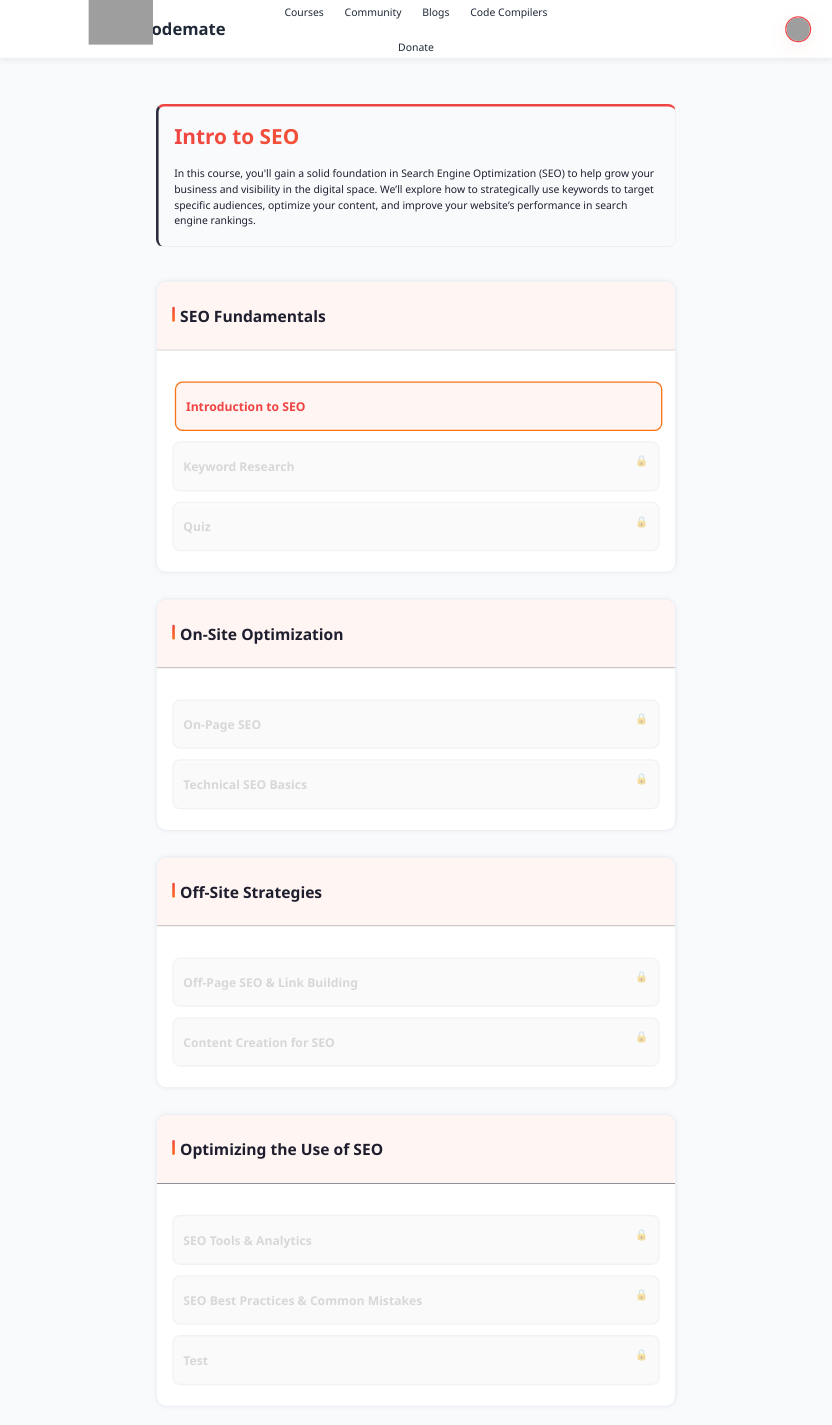
Repository: Duskofnight/code-website
Page: intro-to-seo.html
An editor plug-in stored every save of this project. The page is shown before and after a run of saves, followed by the edit.
The browser window is 1280 px wide. The pictures show the whole page, at 65% of full size.
Pictures or frames that could not be fetched are drawn as grey boxes.

Above is the page before, as saved 2025-08-12 19:07:43.

### intro-to-seo.html
<!DOCTYPE html>
    <head>
        <meta charset="UTF-8">
        <meta lang="en">
        <meta name="viewport" content="width=device-width, initial-scale=1.0">
        <title>Intro to SEO</title>
        <link rel="stylesheet" href="/intro-to-seo.css">
    </head>
    <body>
        <header class="header">

            <div class="landing-page-container-codemate-logo">
            <a href="home-page.html" class="logo-link">
                <img src="https://raw.githubusercontent.com/Duskofnight/codemate-assets/refs/heads/main/codemate-nologo-transparent-red.png" class="landing-page-codemate-logo" alt="Codemate Logo">
                <h2>codemate</h2>
            </a>
            </div>

            <nav class="navbar">
            <a href="courses-page.html" class="nav-link">Courses</a>
            <a href="community.html" class="nav-link">Community</a>
            <a href="blogs-page.html" class="nav-link">Blogs</a>
            <a href="code-compilers.html" class="nav-link">Code Compilers</a>
            <a href="donate.html" class="nav-link">Donate</a>
            </nav>

            <div class="header-profile">
                <img src="https://images.pexels.com/photos/414612/pexels-photo-414612.jpeg?cs=srgb&dl=pexels-souvenirpixels-414612.jpg&fm=jpg" class="header-profile-pic" id="header-profile-pic">
                <div class="dropdown" id="dropdownMenu">

                <a href="#"><i class="fas fa-user"></i>Profile</a>
                <a href="#"><i class="fas fa-cog"></i> Settings</a>
                <a href="#"><i class="fas fa-question-circle"></i> Help</a>
                <a onclick="logout()"><i class="fas fa-sign-out-alt"></i> Log Out</a>
            </div>
            </div>

            <div class="topnav">
            <div id="myLinks">
                <a href="courses-page.html" class="nav-link"><h4>Courses</h4></a>
                <a href="community.html" class="nav-link"><h4>Community</h4></a>
                <a href="blogs-page.html" class="nav-link"><h4>Blogs</h4></a>
                <a href="code-compilers" class="nav-link"><h4>Code Compilers</h4></a>
                <a href="account" class="nav-link"><h4>Account</h4></a>
            </div>
            <div class="menu-icon" onclick="myFunction()">
                <span class="bar1"></span>
                <span class="bar2"></span>
                <span class="bar3"></span>
            </div>
            </div>

        </header>


        <div class="lesson-head">
            <h1 class="intro-title">Intro to SEO</h1>
            <p id="lesson-head-description">In this course, you'll gain a solid foundation in Search Engine Optimization (SEO) to help grow your business and visibility in the digital space. We’ll explore how to strategically use keywords to target specific audiences, optimize your content, and improve your website’s performance in search engine rankings.</p>
        </div>

        <section class="course-container">
        <div class="course-box">
            <div class="course-box-header">
                <h2>SEO Fundamentals</h2>
            </div>
            <a href="./intro-to-seo/seo-introduction.html">
                <div class="lesson introduction">
                    <h3>Introduction to SEO</h3>
                </div>
            </a>
            <a href="./intro-to-seo/keyword-research.html">
            <div class="lesson keyword">
                <h3>Keyword Research</h3>
            </div>
            </a>
            <a href="./intro-to-seo/seo-quiz.html">
            <div class="quiz">
                <h3>Quiz</h3>
            </div>
            </a>
        </div>

        <div class="course-box">
            <div class="course-box-header">
                <h2>On-Site Optimization</h2>
            </div>
            <div class="lesson on-page">
                <a href="./intro-to-seo/on-page-seo.html">
                <h3>On-Page SEO</h3>
            </div>
            </a>
            <a href="./intro-to-seo/technical-seo.html">
            <div class="lesson technical">
                <h3>Technical SEO Basics</h3>
            </div>
            </a>
        </div>
        <div class="course-box">
            <div class="course-box-header">
                <h2>Off-Site Strategies</h2>
            </div>
            <a href="./intro-to-seo/off-page.html">
            <div class="lesson off-page">
                <h3>Off-Page SEO & Link Building</h3>
            </div>
            </a>
            <a href="./intro-to-seo/content-creation-seo.html">
            <div class="lesson content-creation">
                <h3>Content Creation for SEO</h3>
            </div>
            </a>
        </div>
        <div class="course-box">
            <div class="course-box-header">
                <h2>Optimizing the Use of SEO</h2>
            </div>
            <a href="./intro-to-seo/seo-tools-and-analytics.html">
            <div class="lesson tools">
                <h3>SEO Tools & Analytics</h3>
            </div>
            </a>
            <a href="./intro-to-seo/seo-best-practices.html">
            <div class="lesson best-practices">
                <h3>SEO Best Practices & Common Mistakes</h3>
            </div>
            </a>
            <a href="./intro-to-seo/seo-test">
            <div class="test                                                                                                                                                                                                                                ">
                <h3>Test</h3>
            </div>
            </a>
        </div>
        </section>



        <script src="/intro-to-seo.js"></script>
    </body>
</html>

### intro-to-seo.css
:root {
  --primary: #F9F9FA;
  --accent: #f53333;
  --text: #1E1E2F;
  --secondary: #2C2C3E;

  --primary-bg: #fefefe;
  --secondary-bg: #ffffff;
  --tertiary-bg: #f8f9fa;
  --card-bg: rgba(255, 255, 255, 0.95);
  --glass-bg: rgba(255, 255, 255, 0.8);
  --accent-primary: #ef4444;
  --accent-secondary: #dc2626;
  --accent-tertiary: #b91c1c;
  --accent-coral: #f97316;
  --accent-pink: #ec4899;
  --text-primary: #1f2937;
  --text-secondary: #6b7280;
  --text-muted: #9ca3af;
  --border-primary: rgba(239, 68, 68, 0.15);
  --border-secondary: rgba(0, 0, 0, 0.06);


  --gradient-primary: linear-gradient(135deg, var(--accent-primary), var(--accent-coral));
  --gradient-secondary: linear-gradient(135deg, var(--accent-secondary), var(--accent-pink));
  --gradient-bg: linear-gradient(135deg, var(--primary-bg), var(--secondary-bg));
  --gradient-card: linear-gradient(135deg, rgba(255, 255, 255, 1), rgba(248, 249, 250, 1));


  --shadow-primary: 0 8px 32px rgba(239, 68, 68, 0.08);
  --shadow-secondary: 0 8px 32px rgba(220, 38, 38, 0.08);
  --shadow-card: 0 16px 40px rgba(0, 0, 0, 0.04);
  --shadow-glow: 0 0 20px rgba(239, 68, 68, 0.15);


  --transition-fast: 0.2s cubic-bezier(0.4, 0, 0.2, 1);
  --transition-smooth: 0.3s cubic-bezier(0.4, 0, 0.2, 1);
  --transition-bounce: 0.4s cubic-bezier(0.175, 0.885, 0.32, 1.275);
}



*,
*::before,
*::after {
  box-sizing: border-box;
}

body {
  font-family: 'Segoe UI', sans-serif;
  background: #F8FAFC;
  color: var(--text);
  padding: 0 1.5rem;

}



.header {
  position: fixed;
  top: 0;
  left: 0;
  width: 100%;
  background: #ffffff;
  color: var(--text-primary);
  border-bottom: 1px solid var(--border-secondary);
  box-shadow: 0 2px 10px rgba(0, 0, 0, 0.08);
  z-index: 1000;
  padding: 0 2rem;
  display: flex;
  justify-content: space-between;
  box-sizing: border-box;
  align-items: center;
  height: 90px;
}

.landing-page-container-codemate-logo a {
  display: flex;
  align-items: center;
  flex: 1;
  text-decoration: none;
  color: inherit;
  pointer-events: none;
}

.landing-page-container-codemate-logo a img,
.landing-page-container-codemate-logo a h2 {
  pointer-events: auto;
}

.landing-page-container-codemate-logo,
.navbar {
  flex: 1;
  display: flex;
  align-items: center;
  justify-content: center;
}


.landing-page-codemate-logo {
  height: 100px;
  width: 100px;
  object-fit: contain;
  margin-left: 6.5em;
  position: relative;
  bottom: 0.8rem;
  margin-right: -1rem;
}



.landing-page-container-codemate-logo h2 {
  font-size: 1.6rem;
  margin: 0;
  position: static;
  white-space: nowrap;
  color: var(--text-primary)
}

.navbar {
  gap: 2rem;
  flex-wrap: wrap;
  color: var(--text-primary)
}

.nav-link {
  text-decoration: none;
  color: inherit;
}

.nav-link:hover, .header .login-button:hover {
  color: var(--accent);
}

.header-profile {
  flex: 1;
  display: flex;
  justify-content: flex-end;
}

.header-profile-pic {
  border-radius: 50%;
  width: 40px;
  height: 40px;
  display: block;
  border: 2px solid var(--accent-primary);
  box-shadow: var(--shadow-primary);
  transition: var(--transition-smooth);
  cursor: pointer;
}


.dropdown {
  position: absolute;
  top: 80px;
  right: 1rem;
  background: #fff;
  border-radius: 10px;
  box-shadow: 0 6px 12px rgba(0,0,0,0.1);
  width: 220px;
  display: none;
  z-index: 999;
  padding: 0.8rem 0.5rem;
}

.dropdown.show {
  display: block;
}



.dropdown a {
  display: flex;
  align-items: center;
  padding: 0.8rem 1rem;
  text-decoration: none;
  color: #333;
  transition: background 0.2s;
  cursor: pointer;
}

.dropdown a:hover {
  background: #f0f0f0;
}

.dropdown a i {
  margin-right: 10px;
  color: #666;
}


.topnav {
  display: none;
  cursor: pointer;
}


.intro-title {
  font-size: 2rem;
  background: var(--gradient-primary);
  -webkit-background-clip: text;
  -webkit-text-fill-color: transparent;
  background-clip: text;
  font-weight: 800;

}

.lesson-head {
  text-align: left;
  margin: 0 auto;
  margin-top: 10rem;
  border: 1px solid var(--border-secondary);
  border-top: 4px solid var(--accent-primary);
  border-left: 4px solid var(--secondary);
  border-radius: 12px;
  max-width: 800px;
  padding: 1.5rem;
  padding-top: 0;
  padding-bottom: 12px;
  line-height: 1.5;
  margin-bottom: 1.5rem;
}

.lesson-head-description {
  color: #1E1E2F;
}









.course-container {
  display: flex;
  flex-direction: column;
  max-width: 800px;
  width: 100%;
  margin: 0 auto;
  margin-top: 2rem;
}

.course-box {
  margin: 1.25rem 0;
  background: white;
  border-radius: 16px;
  box-shadow: var(--shadow-md);
  border: 1px solid #e2e8f0;
  overflow: hidden;
  transition: var(--transition);
  width: 100%;
  max-width: 800px;
  padding: 1rem 1.5rem;
  box-shadow: 0 0 10px rgba(0,0,0,0.05);
  animation: slideUp 0.6s ease-out;
  transition: var(--transition-smooth);
}

.course-box:hover {
  transform: translateY(-4px);
  box-shadow: 0 20px 60px rgba(239, 68, 68, 0.06);
}

div > h2::before {
  content: '';
  width: 4px;
  height: 23px;
  background: var(--gradient-primary);
  border-radius: 2px;
  display: inline-block;
  margin-right: 0.5rem;

}


.course-box-header {
  background: rgba(255, 68, 0, 0.05);
  border-bottom: 1px solid #1E1E2F;
  border-top-left-radius: 16px;
  border-top-right-radius: 16px;
  margin: -1rem -1.5rem 3rem -1.5rem;
  padding: 1rem 1.5rem;

}



.quiz, .test, .lesson {
  display: flex;
  flex-wrap: wrap;
  flex-direction: column;
  border: 2px solid #e2e8f0;
  background-color: white;
  margin: 0 auto;
  margin-bottom: 1rem;
  margin-top: 1rem;
  max-width: 900px;
  padding: 5px;
  padding-left: 15px;
  text-align: left;
  border-radius: 12px;
  animation: slideUp 0.4s ease-out;
  transition: var(--transition-smooth);
}

.lesson:hover, .quiz:hover, .test:hover {
  background: rgba(255, 68, 0, 0.05);
  box-shadow: var(--shadow-md);
  transform: translateX(4px);
  border-color: var(--accent-coral);
}

.lesson:hover::before, .quiz:hover::before, .test:hover::before {
  transform: scaleY(1);
}

.lesson:hover h3, .quiz:hover h3, .test:hover h3 {
  color: var(--accent-coral);
}


a {
  text-decoration: none;
  color: black;
}







.lesson.locked,
.quiz.locked,
.test.locked {
    opacity: 0.4;
    background-color: #f5f5f5 !important;
    border-color: #e0e0e0 !important;
    cursor: not-allowed;
}

.lesson.locked h3,
.quiz.locked h3,
.test.locked h3 {
    color: #9e9e9e !important;
}

.lesson.locked:hover,
.quiz.locked:hover,
.test.locked:hover {
    transform: none !important;
    box-shadow: none !important;
    background-color: #f5f5f5 !important;
    border-color: #e0e0e0 !important;
}

.lesson.completed,
.quiz.completed,
.test.completed {
    border-color: #4caf50 !important;
    background-color: #f1f8e9 !important;
}

.lesson.completed h3,
.quiz.completed h3,
.test.completed h3 {
    color: #388e3c !important;
}

.lesson.current,
.quiz.current,
.test.current {
  background: rgba(255, 68, 0, 0.05);
  box-shadow: var(--shadow-md);
  transform: translateX(4px);
  border-color: var(--accent-coral);
}

.lesson.current h3,
.quiz.current h3,
.test.current h3 {
    color: var(--accent-primary) !important;
    font-weight: 700 !important;
}

/* Icons */
.lesson-checkmark,
.lesson-lock {
    position: absolute;
    top: 1rem;
    right: 1rem;
    font-size: 1.2rem;
    font-weight: bold;
}

.lesson-checkmark {
    color: #4caf50;
    background: #e8f5e8;
    border-radius: 50%;
    width: 24px;
    height: 24px;
    display: flex;
    align-items: center;
    justify-content: center;
    font-size: 0.9rem;
}

.lesson-lock {
    color: #757575;
    font-size: 1rem;
}

.lesson,
.quiz,
.test {
    position: relative;
}









@media (max-width: 1070px) and (min-width: 500px) {
  .navbar,
  .buttons, .header-profile {
    display: none;
  }

  .topnav {
    display: flex;
    flex-direction: column;
    align-items: flex-end;
    position: relative;
    z-index: 1000;
    width: 100%;
  }




  #myLinks {
    display: flex;
    position: fixed;
    top: 89px;
    left: 0;
    background-color: var(--primary);
    width: 100vw;
    height: 0;
    overflow: hidden;
    overflow-y: auto;
    z-index: 999;
    -webkit-overflow-scrolling: touch;
    box-sizing: border-box;
    transition: height 0.4s ease;
    display: flex;
    flex-direction: column;
    align-items: left;
    pointer-events: none;
  }



  #myLinks a {
    display: block;
    padding-left: 10px;
    color: var(--text);
    text-decoration: none;
    text-align: left;
    font-size: 1.75rem;
    opacity: 0;
    transform: translateY(20px);
    transition: opacity 0.4s ease, transform 0.4s ease;
  }



#myLinks.show {

  height: calc(100vh - 60px);

  pointer-events: auto;
}


#myLinks.show a {

  opacity: 1;
  transform: translateY(0);
}


.menu-icon {
  width: 30px;
  height: 22px;
  position: relative;
  cursor: pointer;
  display: inline-block;
  padding: 15px;
  color: white;
  margin-right: 30px;
  margin: 10px 30px 0 0;
}

.menu-icon span {
  background-color: black;
  display: block;
  position: absolute;
  height: 4px;
  width: 100%;
  border-radius: 2px;
  opacity: 1;
  left: 0;
  transition: all 0.3s ease;
}

.menu-icon .bar1 {
  top: 0;
}

.menu-icon .bar2 {
  top: 9px;
}

.menu-icon .bar3 {
  top: 18px;
}

.menu-icon.active .bar1 {
  transform: rotate(45deg);
  top: 9px;
}

.menu-icon.active .bar2 {
  opacity: 0;
}

.menu-icon.active .bar3 {
  transform: rotate(-45deg);
  top: 9px;
}

#myLinks.show a:nth-child(1) { transition-delay: 0.1s; }
#myLinks.show a:nth-child(2) { transition-delay: 0.2s; }
#myLinks.show a:nth-child(3) { transition-delay: 0.3s; }



  .topnav-buttons {
    display: flex;
    justify-content: center;
    padding-top: 3.5rem;
    gap: 10px;
    border-top: 1px solid white;

  }

  #myLinks > :first-child {
    padding-top: 0.5rem;
  }

  #myLinks > :last-child {
    padding-top: 4rem;
  }

  .landing-page-codemate-logo {
    margin-left: 1em;
  }

  .header {
    display: flex;
    justify-content: space-between;
    align-items: center;
    padding: 0;
  }
}


@media (max-width: 500px) {


  .landing-page-codemate-logo {
    margin-left: 1em;
  }

  .header {
    display: flex;
    justify-content: space-between;
    align-items: center;
    padding: 0;
  }



  .navbar,
  .buttons, .header-profile {
    display: none;
  }

  .topnav {
    display: flex;
    flex-direction: column;
    align-items: flex-end;
    position: relative;
    z-index: 1000;
    width: 100%;
  }




  #myLinks {
    display: flex;
    position: fixed;
    top: 99px;
    left: 0;
    background-color: var(--primary);
    width: 100vw;
    height: 0;
    overflow: hidden;
    overflow-y: auto;
    z-index: 999;
    -webkit-overflow-scrolling: touch;
    box-sizing: border-box;
    border-top: 1px solid white;
    transition: height 0.4s ease;
    display: flex;
    flex-direction: column;
    align-items: left;
    pointer-events: none;
  }



  #myLinks a {
    display: block;
    padding-left: 10px;
    color: var(--text);
    text-decoration: none;
    text-align: left;
    font-size: 1.75rem;
    opacity: 0;
    transform: translateY(20px);
    transition: opacity 0.4s ease, transform 0.4s ease;
  }



#myLinks.show {

  height: calc(100vh - 60px);

  pointer-events: auto;
}


#myLinks.show a {

  opacity: 1;
  transform: translateY(0);
}


.menu-icon {
  width: 30px;
  height: 22px;
  position: relative;
  cursor: pointer;
  display: inline-block;
  padding: 15px;
  color: white;
  margin-right: 30px;
  margin: 10px 30px 0 0;
}

.menu-icon span {
  background-color: black;
  display: block;
  position: absolute;
  height: 4px;
  width: 100%;
  border-radius: 2px;
  opacity: 1;
  left: 0;
  transition: all 0.3s ease;
}

.menu-icon .bar1 {
  top: 0;
}

.menu-icon .bar2 {
  top: 9px;
}

.menu-icon .bar3 {
  top: 18px;
}

.menu-icon.active .bar1 {
  transform: rotate(45deg);
  top: 9px;
}

.menu-icon.active .bar2 {
  opacity: 0;
}

.menu-icon.active .bar3 {
  transform: rotate(-45deg);
  top: 9px;
}

#myLinks.show a:nth-child(1) { transition-delay: 0.1s; }
#myLinks.show a:nth-child(2) { transition-delay: 0.2s; }
#myLinks.show a:nth-child(3) { transition-delay: 0.3s; }



  .topnav-buttons {
    display: flex;
    justify-content: center;
    padding-top: 3.5rem;
    gap: 10px;
    border-top: 1px solid white;

  }

  #myLinks > :first-child {
    padding-top: 0.5rem;
  }

  #myLinks > :last-child {
    padding-top: 4rem;
  }
}

### intro-to-seo.js
function myFunction() {
  const menu = document.getElementById("myLinks");
  const menuIcon = document.querySelector(".menu-icon");

  menu.classList.toggle("show");
  menuIcon.classList.toggle("active");
}



function logout() {
  localStorage.removeItem("token");
  window.location.href = "/login-page.html";
}


// Lesson completion tracking
const lessonProgress = {
    completed: [], // No completed lessons
    current: 'introduction', // Start with first lesson
    unlocked: ['introduction'] // Only first lesson unlocked
};

// Initialize lesson states on page load
document.addEventListener('DOMContentLoaded', function() {
    initializeLessonStates();
});

function initializeLessonStates() {
    const lessons = document.querySelectorAll('.lesson, .quiz, .test');

    lessons.forEach(lesson => {
        const lessonId = getLessonId(lesson);

        // Add completion status
        if (lessonProgress.completed.includes(lessonId)) {
            lesson.classList.add('completed');
            addCheckmark(lesson);
        } else if (lessonProgress.unlocked.includes(lessonId)) {
            lesson.classList.add('unlocked');
        } else {
            lesson.classList.add('locked');
            addLockIcon(lesson);
            lesson.style.pointerEvents = 'none';
        }

        // Mark current lesson
        if (lessonProgress.current === lessonId) {
            lesson.classList.add('current');
        }
    });
}

function getLessonId(lesson) {
    // Extract lesson ID from class names or href
    if (lesson.classList.contains('introduction')) return 'introduction';
    if (lesson.classList.contains('keyword')) return 'keyword';
    if (lesson.classList.contains('on-page')) return 'on-page';
    if (lesson.classList.contains('technical')) return 'technical';
    if (lesson.classList.contains('off-page')) return 'off-page';
    if (lesson.classList.contains('content-creation')) return 'content-creation';
    if (lesson.classList.contains('tools')) return 'tools';
    if (lesson.classList.contains('best-practices')) return 'best-practices';

    // For quiz and test
    const parent = lesson.closest('a');
    if (parent && parent.href.includes('seo-quiz')) return 'seo-quiz';
    if (parent && parent.href.includes('seo-test')) return 'seo-test';

    return 'unknown';
}

function addCheckmark(lesson) {
    const checkmark = document.createElement('span');
    checkmark.className = 'lesson-checkmark';
    checkmark.innerHTML = '✓';
    lesson.appendChild(checkmark);
}

function addLockIcon(lesson) {
    const lockIcon = document.createElement('span');
    lockIcon.className = 'lesson-lock';
    lockIcon.innerHTML = '🔒';
    lesson.appendChild(lockIcon);
}

// Function to complete a lesson (call this when user finishes a lesson)
function completeLesson(lessonId) {
    if (!lessonProgress.completed.includes(lessonId)) {
        lessonProgress.completed.push(lessonId);

        // Unlock next lesson
        const nextLesson = getNextLesson(lessonId);
        if (nextLesson && !lessonProgress.unlocked.includes(nextLesson)) {
            lessonProgress.unlocked.push(nextLesson);
        }

        // Re-initialize states
        initializeLessonStates();
    }
}

function getNextLesson(currentLessonId) {
    const lessonOrder = [
        'introduction', 'keyword', 'seo-quiz',
        'on-page', 'technical',
        'off-page', 'content-creation',
        'tools', 'best-practices', 'seo-test'
    ];

    const currentIndex = lessonOrder.indexOf(currentLessonId);
    return currentIndex !== -1 && currentIndex < lessonOrder.length - 1
        ? lessonOrder[currentIndex + 1]
        : null;
}

After the next 2 saves:
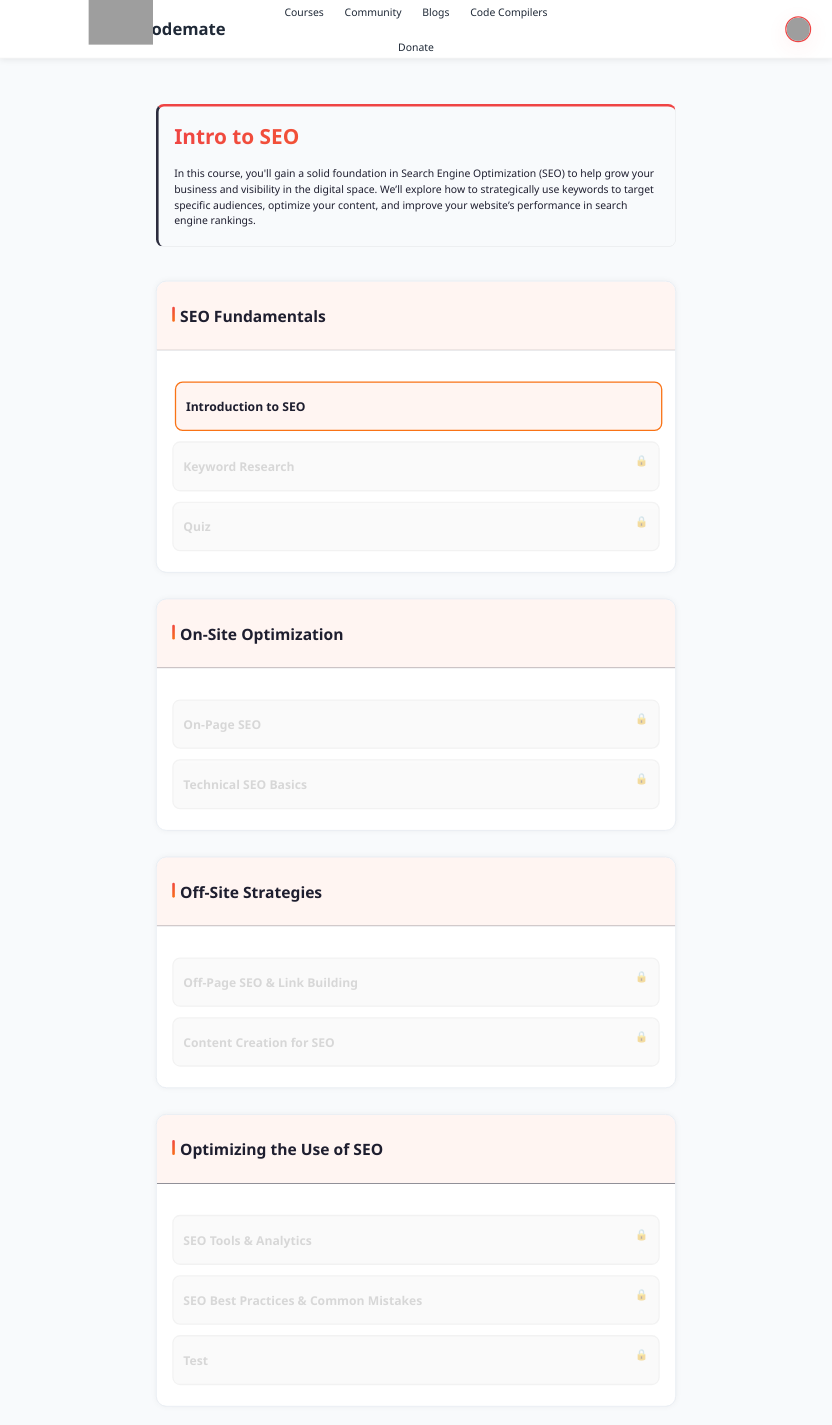
The 2 saves are shown as one change because they came seconds apart.
The last was saved 8 s later.
--- a/intro-to-seo.css
+++ b/intro-to-seo.css
@@ -381,7 +381,7 @@ a {
 .lesson.current h3,
 .quiz.current h3,
 .test.current h3 {
-    color: var(--accent-primary) !important;
+    color: var(--text) !important;
     font-weight: 700 !important;
 }
 
